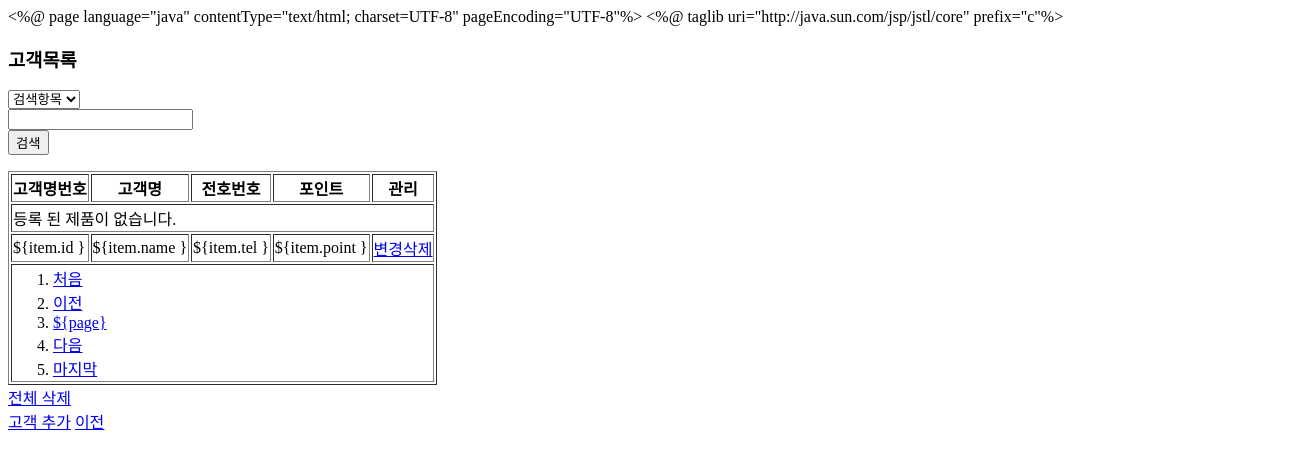
Repository: Hongsomang/spring2
Page: StarCafe/src/main/webapp/resources/view/html/customer.html
The author's editor kept a copy of each file at every save. The page is drawn from the files as they stood at one save, then again after the next save.
The browser window is 1280 px wide. The page is 1280 px wide, then 1292 px, so the pictures cover 1292 px, including what lies to the right of the window. The pictures show the whole page.
The page's requests for data from a server got no answer.

Above is the page before, as saved 2023-03-22 04:28:03.

### StarCafe/src/main/webapp/resources/view/html/customer.html
<%@ page language="java" contentType="text/html; charset=UTF-8"
	pageEncoding="UTF-8"%>

<%@ taglib uri="http://java.sun.com/jsp/jstl/core" prefix="c"%>
<!DOCTYPE html>
<html>
<head>
<meta charset="UTF-8">
<jsp:include page="../header.jsp"></jsp:include>


  <!-- ${pageContext.request.contextPath} -->
</head>
<body>
	<div>
		<div>
			<h3>고객목록</h3>
		</div>
		<div>
			<form>
				<div class="row mb-2">
					<div class="col-1">
						<select name="search" class=" form-select-sm form-select">
							<option value="0">검색항목</option>
							<option value="1">고객번호</option>
							<option value="2">고객명</option>
							<option value="3">전호번호</option>
							<option value="4">포인트</option>

						</select>
					</div>
					<div class="col-2" >
						<input name="keyword" type="text" class="form-control  form-control-sm keyword-all keyword-1 keyword-2">
					</div>



					<div class="col-1">
						<button class="btn btn-sm btn-primary">검색</button>
					</div>
				</div>
			</form>
		</div>
		<div>
			<table border="1" class="table">
				<thead>
					<tr>
						<th scope="col">고객명번호</th>
						<th scope="col">고객명</th>
						<th scope="col">전호번호</th>
						<th scope="col">포인트</th>
						<th scope="col">관리</th>
					</tr>
				</thead>

				<tbody class="table-group-divider">
					<c:if test="${list.size() < 1 }">
						<tr scope="row">
							<td colspan="6">등록 된 제품이 없습니다.</td>
						</tr>
					</c:if>
					<c:forEach items="${list}" var="item">
						<tr scope="row">
							<td>${item.id }</td>
							<td>${item.name }</td>
							<td>${item.tel }</td>
							<td>${item.point }</td>

							<td><a class="btn btn-warning" href="update/${item.id}">변경</a><a
								class="btn btn-danger" href="delete/${item.id }">삭제</a></td>
						</tr>
					</c:forEach>
				</tbody>
				<tfoot>
					<tr>
						<td colspan="6">
							<ol style="margin: 0"
								class="pagination pagination-sm justify-content-center">
								<li class="page-item"><a class="page-link" href="?page=1${pager.query}">
										처음</a></li>
								<li class="page-item"><a class="page-link"
									href="?page=${pager.prev} ${pager.query}"> 이전</a></li>
								<c:forEach items="${pager.list }" var="page">
									<li class="page-item ${page eq pager.page  ? 'active' : '' }"><a
										class="page-link" href="?page=${page}${pager.query}"> ${page}</a></li>
								</c:forEach>

								<li class="page-item"><a class="page-link"
									href="?page=${pager.next}${pager.query}"> 다음</a></li>
								<li class="page-item"><a class="page-link"
									href="?page=${pager.last}${pager.query}"> 마지막</a></li>
							</ol>
						</td>
					</tr>
				</tfoot>
			</table>
		</div>
		<div>
		 <a class="btn btn-success" href="init">전체 삭제</a>
		</div>
		<div>
			<a class="btn btn-primary" href="add">고객 추가</a> <a class="btn btn-light"
				href="../">이전</a>
		</div>
	</div>
</body>
</html>

### StarCafe/src/main/webapp/resources/js/pager.js
/**
 *
 */
let pager;

window.onload = ()=>{
    getPage(1);

};
function getPage(page){
    //fetch 를 실행하겠습니다.
    //이주소로 패치를 해라 정상정으로 실행되면 콘솔에 입력이 되어라
    //fetch 는 promise이다.
    fetch(`/api/product?page=${page}`)
    .then(resp => resp.json())
    .then(result =>{
    	//onClickListener 는 새로 생경나는거라서
        document.querySelector(".pagination .page-next").onclick = e =>  getPage(result.pager.next);
        document.querySelector(".pagination .page-prev").onclick = e =>  getPage(result.pager.prev);
        document.querySelector(".pagination .page-last").onclick = e =>  getPage(result.pager.last);
        document.querySelector(".pagination .page-first").onclick = e =>  getPage(1);

        console.log(result.pager.page);
        const tbody=document.querySelector("#list");

        tbody.querySelectorAll(".item").forEach(element =>{
            element.remove();
        });

        if(result.list.length <1){
            document.querySelector("#empty_list").classList.remove("hide");

        }
        else{
            document.querySelector("#empty_list").classList.add("hide");

        }



        result.list.forEach(element => {
            console.log(element);
            const tr=document.createElement("tr");
            tr.classList.add("item");

            const id=document.createElement("td");
            id.textContent=element.id;
            tr.append(id);

            const name=document.createElement("td");
            name.textContent=element.name;
            tr.append(name);


            const price=document.createElement("td");
            price.textContent=element.price+"원";
            tr.append(price);

            const category=document.createElement("td");
            category.textContent=element.category_;
            tr.append(category);

            const status=document.createElement("td");
            status.textContent=element.status_;
            tr.append(status);

            const manage=document.createElement("td");

            const delete_btn=document.createElement("a");
            delete_btn.text="삭제";
            delete_btn.classList.add("btn","btn-danger");
            manage.append(delete_btn);
            const update_btn=document.createElement("a");
            update_btn.text="변경";
            update_btn.classList.add("btn","btn-warning");
            manage.append(update_btn);
            tr.append(manage);


            tbody.append(tr);
        });

    });

    console.log("완료");
}

### StarCafe/src/main/webapp/resources/js/search.js
/**
 *
 */

 $(document).ready(function(){
			/*document.querySelector("select[name='search']").addEventListener("change",e=>{
				document.querySelectAll(".keyword-all").forEach(item =>{
					item.disabled=true;});

				const item=e.target[e.target.selectedIndex];
				alter(item.textcontent);

				document.querySelectAll(".keyword-all").forEach(item =>{
					item.disabled=true;});

				document.querySelectAll(".keyword-"+value).forEach(item =>{
					item.disabled=true;});
				})
			});*/

			$('select[name=search]').change(function(){
				const search=$(this).val();
				console.dir($(this));
				console.log(search);
				if(search==1|| search==2){
						$('.keyword-all').attr("disabled",true);
						$('.keyword-1').attr("disabled",false);
				}
				else if(search==3){
					$('.keyword-all').attr("disabled",true);
					$('.keyword-3').attr("disabled",false);
				}
				else if(search==4){
					$('.keyword-all').attr("disabled",true);
					$('.keyword-4').attr("disabled",false);
				}
				else if(search==5){
					$('.keyword-all').attr("disabled",true);
					$('.keyword-5').attr("disabled",false);
				}else{
					$('.keyword-all').attr("disabled",false);

				}
			});
		});

### StarCafe/src/main/webapp/resources/css/pager.css

.hide{
	display: none;
}

After the next save:
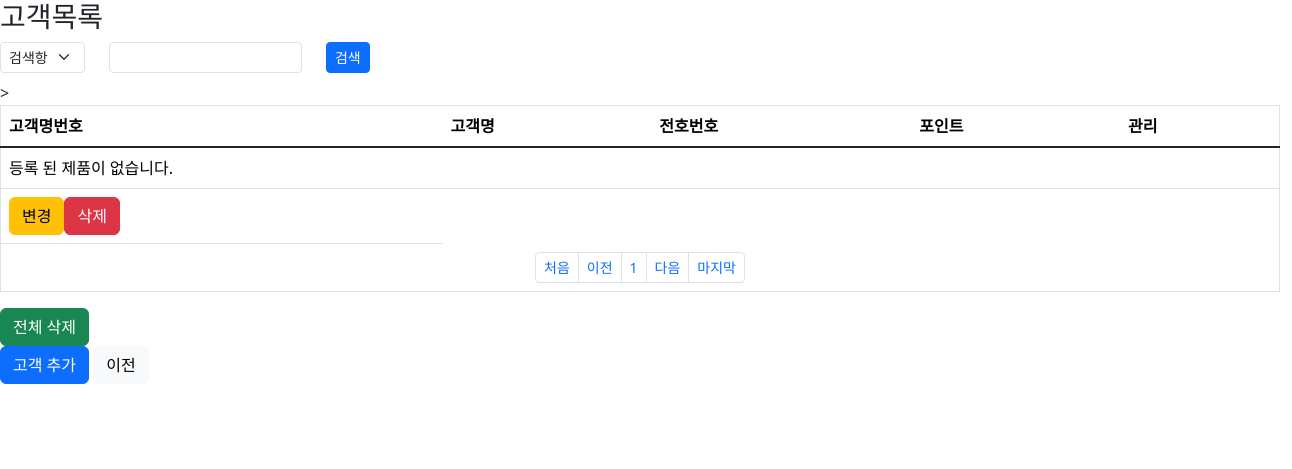
Saved 14 min 52 s later.
--- a/StarCafe/src/main/webapp/resources/view/html/customer.html
+++ b/StarCafe/src/main/webapp/resources/view/html/customer.html
@@ -1,13 +1,19 @@
-<%@ page language="java" contentType="text/html; charset=UTF-8"
-	pageEncoding="UTF-8"%>
 
-<%@ taglib uri="http://java.sun.com/jsp/jstl/core" prefix="c"%>
 <!DOCTYPE html>
 <html>
 <head>
 <meta charset="UTF-8">
-<jsp:include page="../header.jsp"></jsp:include>
 
+  <link
+	href="https://cdn.jsdelivr.net/npm/bootstrap@5.3.0-alpha1/dist/css/bootstrap.min.css"
+	rel="stylesheet">
+<script
+	src="https://cdn.jsdelivr.net/npm/bootstrap@5.3.0-alpha1/dist/js/bootstrap.bundle.min.js"></script>
+<script
+	src="https://cdnjs.cloudflare.com/ajax/libs/jquery/3.6.0/jquery.min.js"></script>
+<script type="text/javascript" src="/resources/js/pager.js"></script>
+<script type="text/javascript" src="/resources/js/search.js"></script>
+<link href="/resources/css/pager.css" rel="stylesheet" type="text/css">
 
   <!-- ${pageContext.request.contextPath} -->
 </head>
@@ -54,41 +60,37 @@
 				</thead>
 
 				<tbody class="table-group-divider">
-					<c:if test="${list.size() < 1 }">
+
 						<tr scope="row">
 							<td colspan="6">등록 된 제품이 없습니다.</td>
 						</tr>
-					</c:if>
-					<c:forEach items="${list}" var="item">
+					>
+
 						<tr scope="row">
-							<td>${item.id }</td>
-							<td>${item.name }</td>
-							<td>${item.tel }</td>
-							<td>${item.point }</td>
 
-							<td><a class="btn btn-warning" href="update/${item.id}">변경</a><a
-								class="btn btn-danger" href="delete/${item.id }">삭제</a></td>
+
+							<td><a class="btn btn-warning" href="update/">변경</a><a
+								class="btn btn-danger" href="delete/">삭제</a></td>
 						</tr>
 					</c:forEach>
 				</tbody>
-				<tfoot>
+						<tfoot>
 					<tr>
 						<td colspan="6">
 							<ol style="margin: 0"
 								class="pagination pagination-sm justify-content-center">
-								<li class="page-item"><a class="page-link" href="?page=1${pager.query}">
-										처음</a></li>
-								<li class="page-item"><a class="page-link"
-									href="?page=${pager.prev} ${pager.query}"> 이전</a></li>
-								<c:forEach items="${pager.list }" var="page">
-									<li class="page-item ${page eq pager.page  ? 'active' : '' }"><a
-										class="page-link" href="?page=${page}${pager.query}"> ${page}</a></li>
-								</c:forEach>
+								<li class="page-item page-first"><div class="page-link">
+										처음</div></li>
+								<li class="page-item page-prev"><div class="page-link">
+										이전</div></li>
 
-								<li class="page-item"><a class="page-link"
-									href="?page=${pager.next}${pager.query}"> 다음</a></li>
-								<li class="page-item"><a class="page-link"
-									href="?page=${pager.last}${pager.query}"> 마지막</a></li>
+								<li class="page-item page-list "><div class="page-link">1</div></li>
+
+
+								<li class="page-item page-next"><div class="page-link">
+										다음</div></li>
+								<li class="page-item page-last"><div class="page-link">
+										마지막</div></li>
 							</ol>
 						</td>
 					</tr>
